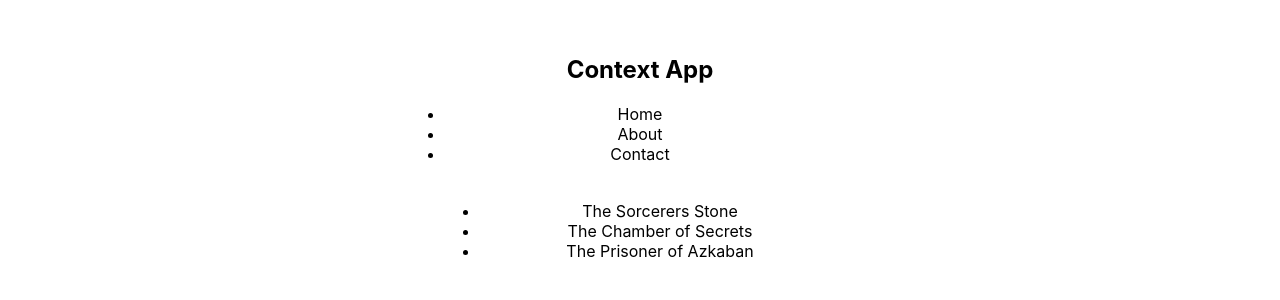
Repository: gboyega/Hook-Context-tut
Page: /
The author's editor kept a copy of each file at every save. The page is drawn from the files as they stood at one save, then again after a run of saves.
The browser window is 1280 px wide. The pictures show the whole page.
The project was rebuilt for these pictures with package versions that can differ from the ones it lists, and the page was loaded fresh each time.

Above is the page before, as saved 2020-01-18 14:42:13.

### src/index.css
body {
  margin: 0;
  font-family: -apple-system, BlinkMacSystemFont, 'Segoe UI', 'Roboto', 'Oxygen',
    'Ubuntu', 'Cantarell', 'Fira Sans', 'Droid Sans', 'Helvetica Neue',
    sans-serif;
  -webkit-font-smoothing: antialiased;
  -moz-osx-font-smoothing: grayscale;
}

.App {
  max-width : 400px;
  margin: 30px auto;
  text-align: center;
}

nav{
  padding: 5px;
}

nav ul {
  padding: 0;
}

nav ul li

### src/App.js
import React from 'react';
import Navbar from './components/Navbar';
import BookList from './components/BookList';

function App() {
  return (
    <div className="App">
    <Navbar />
    <BookList />

    </div>
  );
}

export default App;

### src/components/Navbar.js
import React, { Component } from 'react';

class Navbar extends Component {
    render() {
        return (
          <nav>
            <h1>Context App</h1>
            <ul>
              <li>Home</li>
              <li>About</li>
              <li>Contact</li>
            </ul>
          </nav>
        );
    }
}

export default Navbar ;

### src/components/BookList.js
import React, { Component } from 'react'

class BookList extends Component {

    render() {
        return (
          <div className="book-list">
            <ul>
              <li>The Sorcerers Stone</li>
              <li>The Chamber of Secrets </li>
              <li>The Prisoner of Azkaban</li>
            </ul>
          </div>
        );
    }
}

export default BookList;

Loaded but not shown: public/index.html (common file); src/index.js (common file); src/serviceWorker.js (common file)

After the next 13 saves:
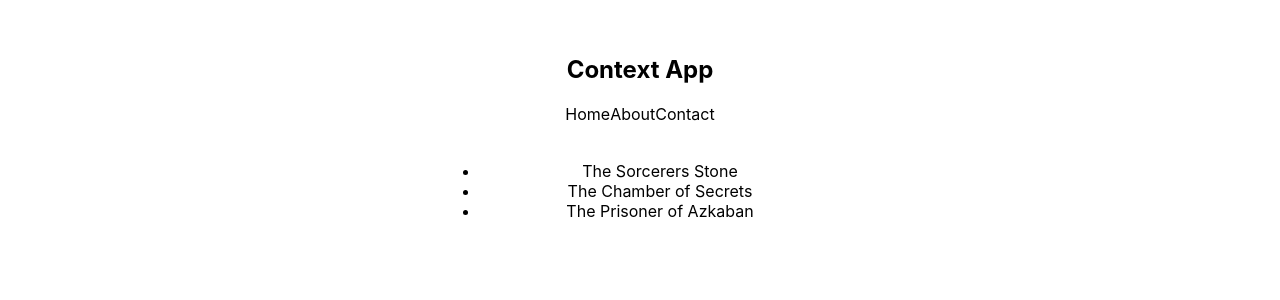
The 13 saves are shown as one change because they came seconds apart.
The last was saved 35 s later.
--- a/src/index.css
+++ b/src/index.css
@@ -21,4 +21,6 @@ nav ul {
   padding: 0;
 }
 
-nav ul li
+nav ul li {
+  display: inline-block
+}
